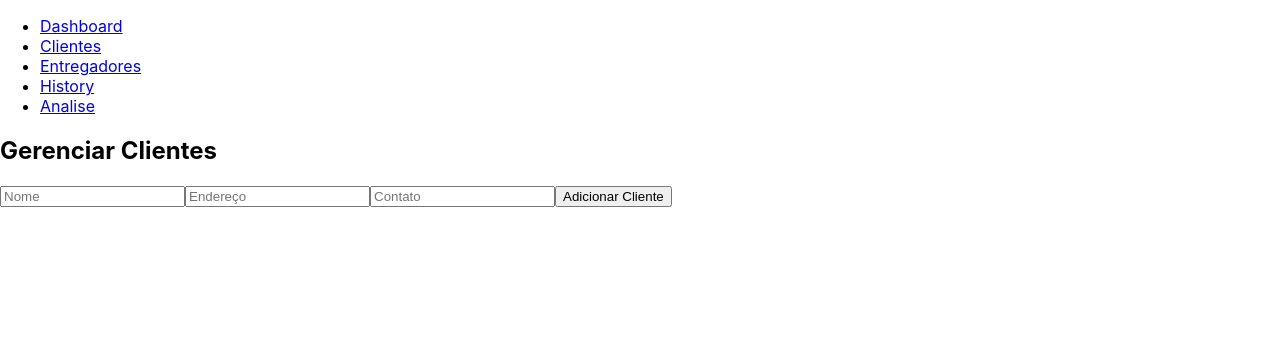
Repository: feliperanon/gestao-entregas
Page: /clientes (app in frontend/)
The author's editor kept a copy of each file at every save. The page is drawn from the files as they stood at one save, then again after the next save.
The browser window is 1280 px wide. The pictures show the whole page.
The page's requests for data from a server got no answer. The project was rebuilt for these pictures with package versions that can differ from the ones it lists, and the page was loaded fresh each time. No one was signed in, and anything a server would have sent is missing. Also part of the build but not shown: frontend/src/pages/Dashboard.js, frontend/src/pages/Entregadores.js, frontend/src/pages/History.js, frontend/src/pages/Analise.js, frontend/src/pages/Login.js.

Above is the page before, as saved 2024-06-30 09:56:21.

### frontend/src/App.js
import React from 'react';
import { BrowserRouter as Router, Route, Routes, Link } from 'react-router-dom';
import Dashboard from './pages/Dashboard';
import Clientes from './pages/Clientes';
import Entregadores from './pages/Entregadores';
import History from './pages/History';
import Analise from './pages/Analise';
import Login from './pages/Login';

const App = () => {
  return (
    <Router>
      <div>
        <nav>
          <ul>
            <li>
              <Link to="/dashboard">Dashboard</Link>
            </li>
            <li>
              <Link to="/clientes">Clientes</Link>
            </li>
            <li>
              <Link to="/entregadores">Entregadores</Link>
            </li>
            <li>
              <Link to="/history">History</Link>
            </li>
            <li>
              <Link to="/analise">Analise</Link>
            </li>
          </ul>
        </nav>
        <Routes>
          <Route path="/dashboard" element={<Dashboard />} />
          <Route path="/clientes" element={<Clientes />} />
          <Route path="/entregadores" element={<Entregadores />} />
          <Route path="/history" element={<History />} />
          <Route path="/analise" element={<Analise />} />
          <Route path="/login" element={<Login />} />
        </Routes>
      </div>
    </Router>
  );
};

export default App;

### frontend/src/pages/Clientes.js
import React, { useState, useEffect } from 'react';
import api from '../services/api';

const Clientes = () => {
  const [clientes, setClientes] = useState([]);
  const [form, setForm] = useState({ nome: '', endereco: '', contato: '' });

  useEffect(() => {
    const fetchClientes = async () => {
      try {
        const token = localStorage.getItem('token');
        const response = await api.get('/clientes', {
          headers: { Authorization: `Bearer ${token}` }
        });
        setClientes(response.data);
      } catch (error) {
        console.error('Error fetching clientes:', error);
      }
    };
    fetchClientes();
  }, []);

  const handleChange = (e) => {
    setForm({ ...form, [e.target.name]: e.target.value });
  };

  const handleSubmit = async (e) => {
    e.preventDefault();
    try {
      const token = localStorage.getItem('token');
      const response = await api.post('/clientes', form, {
        headers: { Authorization: `Bearer ${token}` }
      });
      setClientes([...clientes, response.data]);
      setForm({ nome: '', endereco: '', contato: '' });
    } catch (error) {
      console.error('Error adding cliente:', error);
    }
  };

  return (
    <div>
      <h2>Gerenciar Clientes</h2>
      <form onSubmit={handleSubmit}>
        <input name="nome" value={form.nome} onChange={handleChange} placeholder="Nome" required />
        <input name="endereco" value={form.endereco} onChange={handleChange} placeholder="Endereço" required />
        <input name="contato" value={form.contato} onChange={handleChange} placeholder="Contato" required />
        <button type="submit">Adicionar Cliente</button>
      </form>
      <ul>
        {clientes.map((cliente) => (
          <li key={cliente._id}>
            {cliente.nome} - {cliente.endereco} - {cliente.contato}
          </li>
        ))}
      </ul>
    </div>
  );
};

export default Clientes;

### frontend/src/services/api.js
import axios from 'axios';

const api = axios.create({
  baseURL: 'http://localhost:5003', // Alterado para a porta 5003
});

export default api;

Loaded but not shown: frontend/public/index.html (common file); frontend/src/index.js (common file); frontend/src/index.css (common file); frontend/src/reportWebVitals.js (common file)

After the next save:
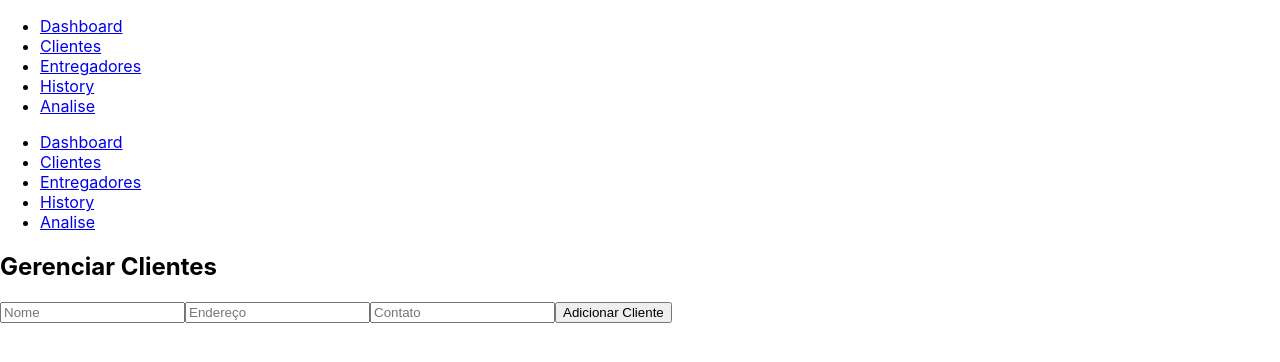
Saved 3 min 29 s later.
--- a/frontend/src/pages/Clientes.js
+++ b/frontend/src/pages/Clientes.js
@@ -1,5 +1,6 @@
 import React, { useState, useEffect } from 'react';
 import api from '../services/api';
+import { Link } from 'react-router-dom';
 
 const Clientes = () => {
   const [clientes, setClientes] = useState([]);
@@ -40,11 +41,20 @@ const Clientes = () => {
 
   return (
     <div>
+      <nav>
+        <ul>
+          <li><Link to="/dashboard">Dashboard</Link></li>
+          <li><Link to="/clientes">Clientes</Link></li>
+          <li><Link to="/entregadores">Entregadores</Link></li>
+          <li><Link to="/history">History</Link></li>
+          <li><Link to="/analise">Analise</Link></li>
+        </ul>
+      </nav>
       <h2>Gerenciar Clientes</h2>
       <form onSubmit={handleSubmit}>
         <input name="nome" value={form.nome} onChange={handleChange} placeholder="Nome" required />
-        <input name="endereco" value={form.endereco} onChange={handleChange} placeholder="Endereço" required />
-        <input name="contato" value={form.contato} onChange={handleChange} placeholder="Contato" required />
+        <input name="endereco" value={form.endereco} onChange={handleChange} placeholder="Endereço" />
+        <input name="contato" value={form.contato} onChange={handleChange} placeholder="Contato" />
         <button type="submit">Adicionar Cliente</button>
       </form>
       <ul>
